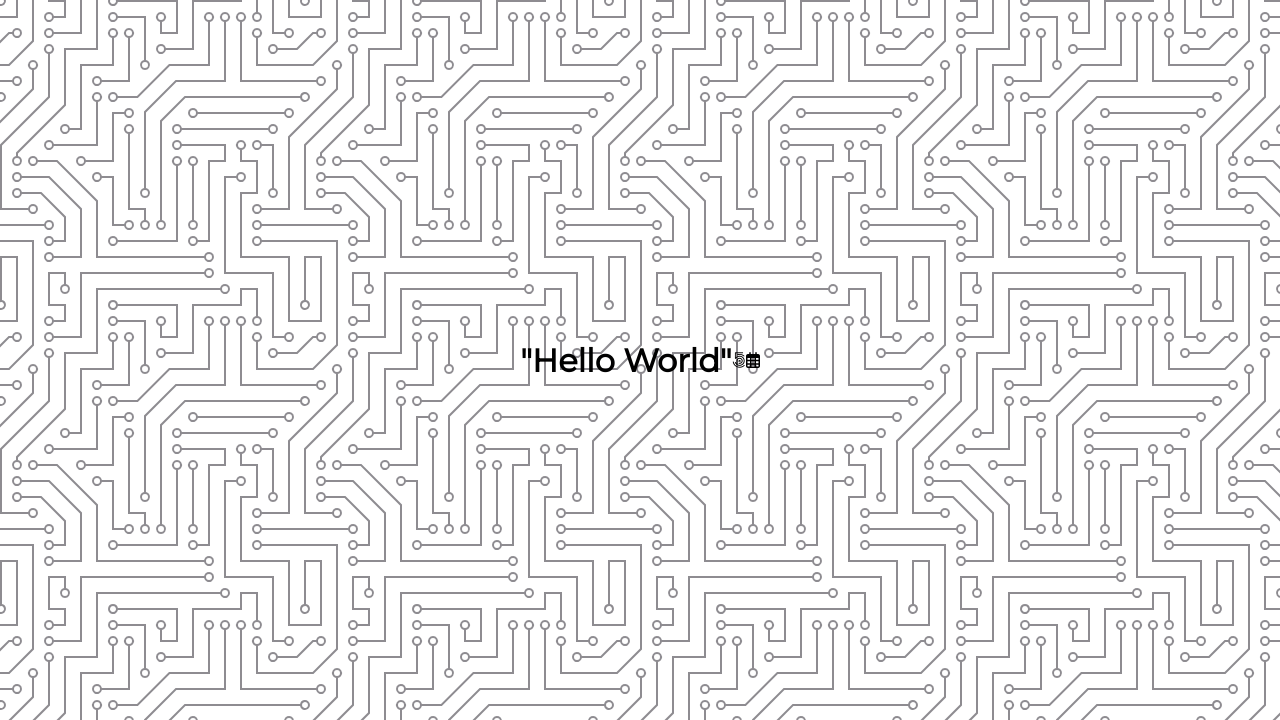
Repository: davidwood3/test-template
Page: .vscode/quote-generator/index.html
An editor plug-in stored every save of this project. The page is shown before and after the next save, followed by the edit.
The browser window is 1280 px wide. The pictures show the whole page.
Some icons come from a web library that is not loaded, so they are not drawn. Some web libraries are served in a nearby version.

Above is the page before, as saved 2023-07-25 18:37:30.
Console error: SyntaxError: Unexpected token '<'

### .vscode/quote-generator/index.html
<!DOCTYPE html>
<html lang="en">
<head>
    <meta charset="UTF-8">
    <meta name="viewport" content="width=device-width, initial-scale=1.0">
    <title>Quote Gererator</title>

    <script src="https://kit.fontawesome.com/f13702c793.js" crossorigin="anonymous"></script>

    <link rel="stylesheet" href="style.css"
</head>
<body>
    <h1>"Hello World"</h1>
    <i class="fab fa-500px"></i>
    <i class="fa-sharp fa-regular fa-calendar-days fa-bounce"></i>

    <!-- Script  -->
   <script src="script.js"></script>
</body>
</html>

### .vscode/quote-generator/script.js
<!DOCTYPE html>

Loaded but not shown: .vscode/quote-generator/style.css (library)

After the next save:
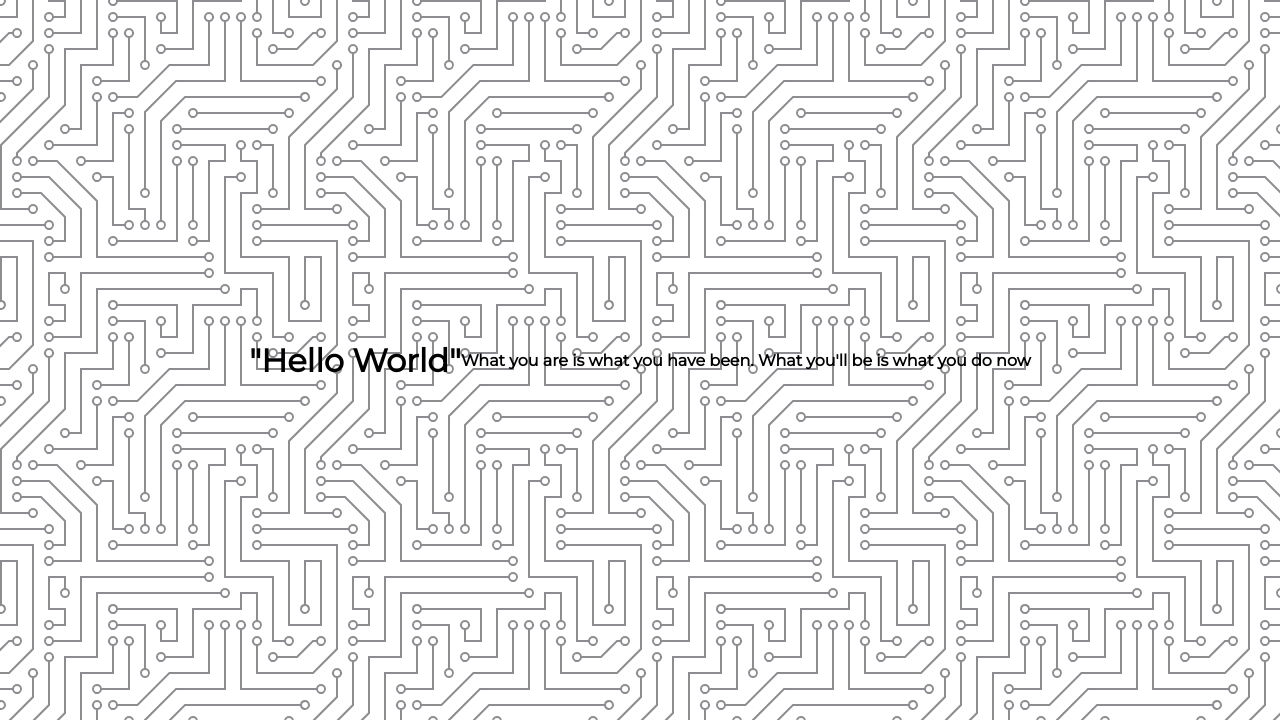
Saved 3 min 6 s later.
--- a/.vscode/quote-generator/index.html
+++ b/.vscode/quote-generator/index.html
@@ -11,9 +11,11 @@
 </head>
 <body>
     <h1>"Hello World"</h1>
-    <i class="fab fa-500px"></i>
-    <i class="fa-sharp fa-regular fa-calendar-days fa-bounce"></i>
-
+   <div class="quote-container" id="quote-container"></div>
+    <!-- Quote -->
+    <div class="quote-text"></div>
+    <i class="fas fa-quote-text"></i>
+    <span id="quote">What you are is what you have been. What you'll be is what you do now</span>
     <!-- Script  -->
    <script src="script.js"></script>
 </body>
